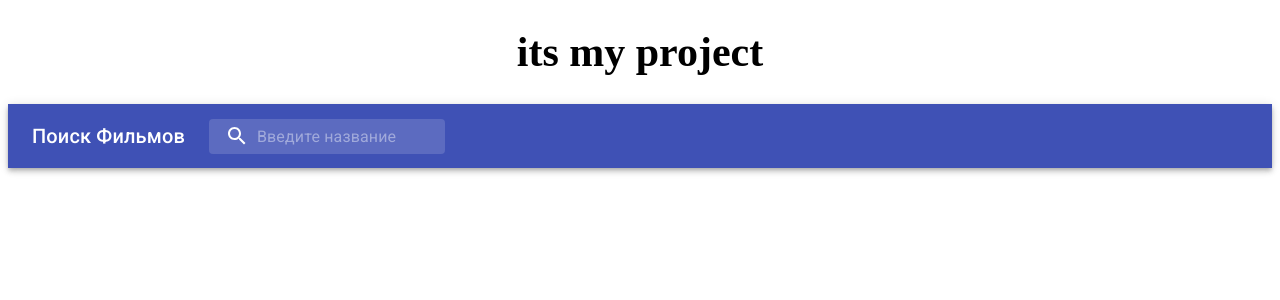
Repository: Hansol46/Films-archive
Page: /
These files come from the project's save history. The page is drawn as it stood at one moment and after the next save; the edit follows.
The browser window is 1280 px wide. The pictures show the whole page.
The page's requests for data from a server got no answer. The project was rebuilt for these pictures with package versions that can differ from the ones it lists, and the page was loaded fresh each time. No one was signed in, and anything a server would have sent is missing. Also part of the build but not shown: webpack.config.js.

Above is the page before, as saved 2020-09-25 01:14:27.

### src/index.html
<!DOCTYPE html>
<html lang="en">
<head>
    <meta charset="UTF-8">
    <meta name="viewport" content="width=device-width, initial-scale=1.0">
    <title>Search Films</title>
    <link rel="stylesheet" href="https://fonts.googleapis.com/css?family=Roboto:300,400,500,700&display=swap" />
    <link rel="stylesheet" href="https://fonts.googleapis.com/icon?family=Material+Icons" />
</head>
<body>
    <div id='root'>

    </div>
</body>
</html>

### src/index.js
import React from 'react'
import ReactDOM from 'react-dom'
import App from './components/App'


ReactDOM.render(<App />, document.getElementById('root'))

### src/components/App.js
import React from 'react'
import '../styles/App.css'
import PrimarySearchAppBar from './material/nav'
import Search from './Search'


function App () {
    return (
        <div>
            <h1> its my project</h1>
            <PrimarySearchAppBar />
            <Search />
        </div>
    )
}

export default App

### src/styles/App.css
h1 {
    color: black;
    text-align: center;
    font-size: 42px;
}

### src/components/material/nav.js
import React from 'react';
import { fade, makeStyles } from '@material-ui/core/styles';
import AppBar from '@material-ui/core/AppBar';
import Toolbar from '@material-ui/core/Toolbar';
import IconButton from '@material-ui/core/IconButton';
import Typography from '@material-ui/core/Typography';
import InputBase from '@material-ui/core/InputBase';
import Badge from '@material-ui/core/Badge';
import MenuItem from '@material-ui/core/MenuItem';
import Menu from '@material-ui/core/Menu';
import MenuIcon from '@material-ui/icons/Menu';
import SearchIcon from '@material-ui/icons/Search';
import AccountCircle from '@material-ui/icons/AccountCircle';
import MailIcon from '@material-ui/icons/Mail';
import NotificationsIcon from '@material-ui/icons/Notifications';
import MoreIcon from '@material-ui/icons/MoreVert';

const useStyles = makeStyles((theme) => ({
  grow: {
    flexGrow: 1,
  },
  menuButton: {
    marginRight: theme.spacing(2),
  },
  title: {
    display: 'none',
    [theme.breakpoints.up('sm')]: {
      display: 'block',
    },
  },
  search: {
    position: 'relative',
    borderRadius: theme.shape.borderRadius,
    backgroundColor: fade(theme.palette.common.white, 0.15),
    '&:hover': {
      backgroundColor: fade(theme.palette.common.white, 0.25),
    },
    marginRight: theme.spacing(2),
    marginLeft: 0,
    width: '100%',
    [theme.breakpoints.up('sm')]: {
      marginLeft: theme.spacing(3),
      width: 'auto',
    },
  },
  searchIcon: {
    padding: theme.spacing(0, 2),
    height: '100%',
    position: 'absolute',
    pointerEvents: 'none',
    display: 'flex',
    alignItems: 'center',
    justifyContent: 'center',
  },
  inputRoot: {
    color: 'inherit',
  },
  inputInput: {
    padding: theme.spacing(1, 1, 1, 0),
    // vertical padding + font size from searchIcon
    paddingLeft: `calc(1em + ${theme.spacing(4)}px)`,
    transition: theme.transitions.create('width'),
    width: '100%',
    [theme.breakpoints.up('md')]: {
      width: '20ch',
    },
  },
  sectionDesktop: {
    display: 'none',
    [theme.breakpoints.up('md')]: {
      display: 'flex',
    },
  },
  sectionMobile: {
    display: 'flex',
    [theme.breakpoints.up('md')]: {
      display: 'none',
    },
  },
}));

export default function PrimarySearchAppBar() {
  const classes = useStyles();
  const [anchorEl, setAnchorEl] = React.useState(null);
  const [mobileMoreAnchorEl, setMobileMoreAnchorEl] = React.useState(null);

  const isMenuOpen = Boolean(anchorEl);
  const isMobileMenuOpen = Boolean(mobileMoreAnchorEl);

  const handleProfileMenuOpen = (event) => {
    setAnchorEl(event.currentTarget);
  };

  const handleMobileMenuClose = () => {
    setMobileMoreAnchorEl(null);
  };

  const handleMenuClose = () => {
    setAnchorEl(null);
    handleMobileMenuClose();
  };

  const handleMobileMenuOpen = (event) => {
    setMobileMoreAnchorEl(event.currentTarget);
  };

  const menuId = 'primary-search-account-menu';
  const renderMenu = (
    <Menu
      anchorEl={anchorEl}
      anchorOrigin={{ vertical: 'top', horizontal: 'right' }}
      id={menuId}
      keepMounted
      transformOrigin={{ vertical: 'top', horizontal: 'right' }}
      open={isMenuOpen}
      onClose={handleMenuClose}
    >
      <MenuItem onClick={handleMenuClose}>Profile</MenuItem>
      <MenuItem onClick={handleMenuClose}>My account</MenuItem>
    </Menu>
  );

  const mobileMenuId = 'primary-search-account-menu-mobile';
  const renderMobileMenu = (
    <Menu
      anchorEl={mobileMoreAnchorEl}
      anchorOrigin={{ vertical: 'top', horizontal: 'right' }}
      id={mobileMenuId}
      keepMounted
      transformOrigin={{ vertical: 'top', horizontal: 'right' }}
      open={isMobileMenuOpen}
      onClose={handleMobileMenuClose}
    >
      <MenuItem>
        <IconButton aria-label="show 4 new mails" color="inherit">
          <Badge badgeContent={4} color="secondary">
            <MailIcon />
          </Badge>
        </IconButton>
        <p>Messages</p>
      </MenuItem>
      <MenuItem>
        <IconButton aria-label="show 11 new notifications" color="inherit">
          <Badge badgeContent={11} color="secondary">
            <NotificationsIcon />
          </Badge>
        </IconButton>
        <p>Notifications</p>
      </MenuItem>
      <MenuItem onClick={handleProfileMenuOpen}>
        <IconButton
          aria-label="account of current user"
          aria-controls="primary-search-account-menu"
          aria-haspopup="true"
          color="inherit"
        >
          <AccountCircle />
        </IconButton>
        <p>Profile</p>
      </MenuItem>
    </Menu>
  );

  return (
    <div className={classes.grow}>
      <AppBar position="static">
        <Toolbar>
          {/* <IconButton
            edge="start"
            className={classes.menuButton}
            color="inherit"
            aria-label="open drawer"
          >
            <MenuIcon />
          </IconButton> */}
          <Typography className={classes.title} variant="h6" noWrap>
            Поиск Фильмов
          </Typography>
          <div className={classes.search}>
            <div className={classes.searchIcon}>
              <SearchIcon />
            </div>
            <InputBase
              placeholder="Введите название"
              classes={{
                root: classes.inputRoot,
                input: classes.inputInput,
              }}
              inputProps={{ 'aria-label': 'search' }}
            />
          </div>
          <div className={classes.grow} />
          <div className={classes.sectionDesktop}>
            {/* <IconButton aria-label="show 4 new mails" color="inherit">
              <Badge badgeContent={4} color="secondary">
                <MailIcon />
              </Badge>
            </IconButton>
            <IconButton aria-label="show 17 new notifications" color="inherit">
              <Badge badgeContent={17} color="secondary">
                <NotificationsIcon />
              </Badge>
            </IconButton>
            <IconButton
              edge="end"
              aria-label="account of current user"
              aria-controls={menuId}
              aria-haspopup="true"
              onClick={handleProfileMenuOpen}
              color="inherit"
            >
              <AccountCircle />
            </IconButton>
          </div>
          <div className={classes.sectionMobile}>
            <IconButton
              aria-label="show more"
              aria-controls={mobileMenuId}
              aria-haspopup="true"
              onClick={handleMobileMenuOpen}
              color="inherit"
            >
              <MoreIcon />
            </IconButton> */}
          </div>
        </Toolbar>
      </AppBar>
      {renderMobileMenu}
      {renderMenu}
    </div>
  );
}

### src/components/Search.js
import React, { useEffect, useState } from 'react'

function Search() {

    const [state, setState] = useState([]);

    useEffect(() => {
        const APIurl = 'http://www.omdbapi.com/?i=tt3896198&apikey=480344f1'
        fetch(APIurl)
            .then(response => response.json())
            .then(json => setState(json))
    }, [])

    // http://www.omdbapi.com/?t=inception&y=&plot=short&r=json

    return(
        <div>
            {state.Title}
            <br></br>
            {state.Year}
            <br></br>
            <img src={state.Poster}/>
        </div>

    )


}
export default Search

### src/styles/App.module.sass
h1
    color: blue
    // text-align: center
    font-size: 42px

After the next save:
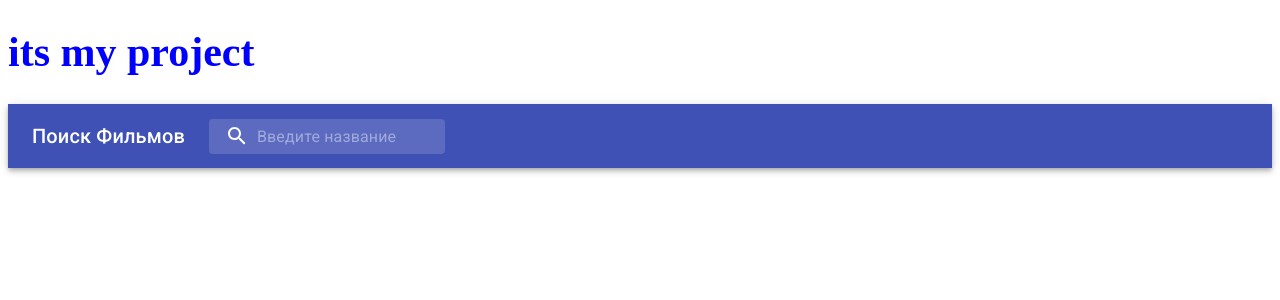
Saved 37 s later.
--- a/src/components/App.js
+++ b/src/components/App.js
@@ -1,5 +1,5 @@
 import React from 'react'
-import '../styles/App.css'
+import '../styles/App.module.sass'
 import PrimarySearchAppBar from './material/nav'
 import Search from './Search'
 
